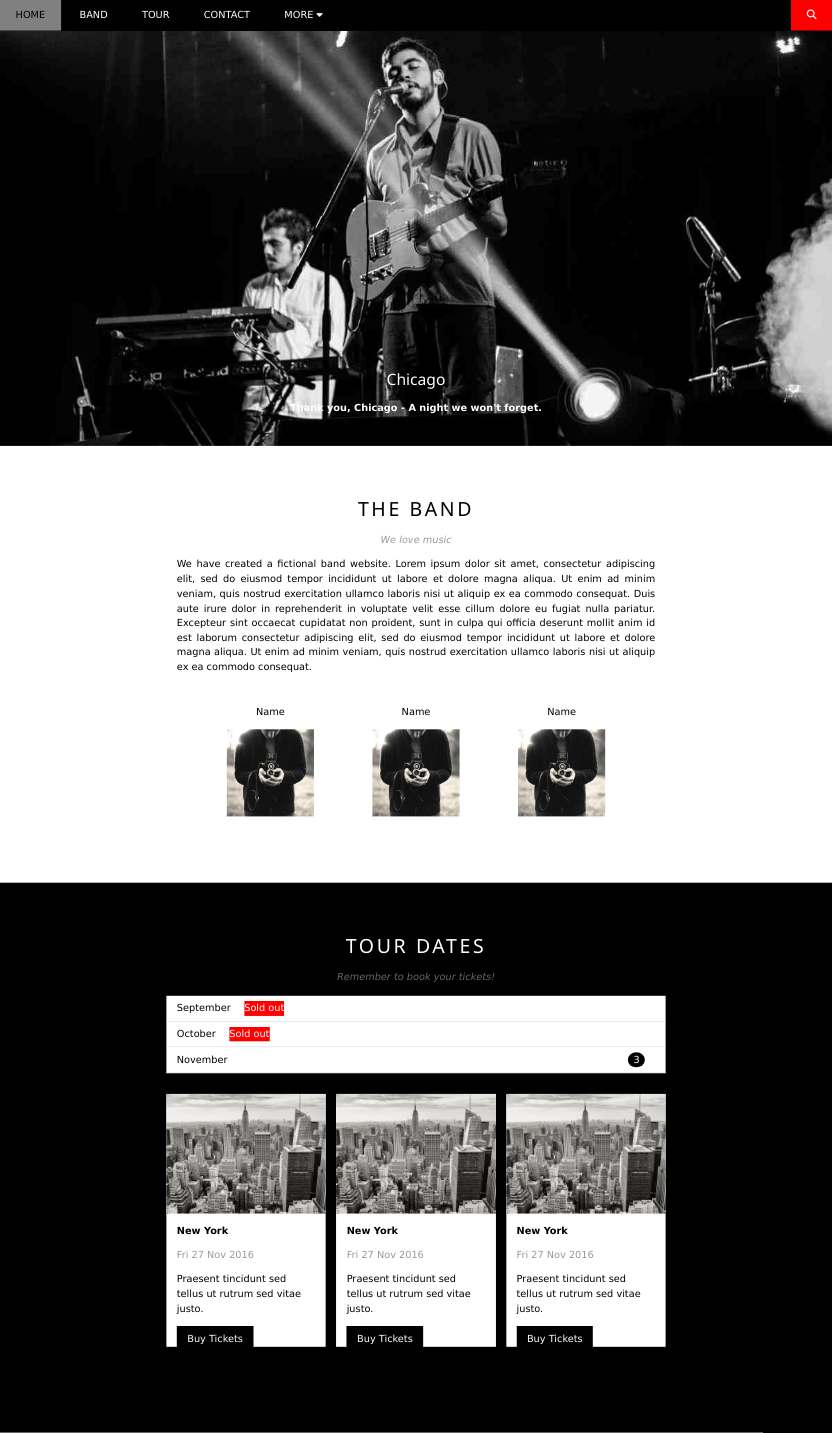
Repository: ngotranphuongbao/theband
Page: index.html
The author's editor kept a copy of each file at every save. The page is drawn from the files as they stood at one save, then again after the next save.
The browser window is 1280 px wide. The pictures show the whole page, at 65% of full size.
Some web libraries are served in a nearby version.

Above is the page before, as saved 2022-12-22 06:49:27.

After the next save:
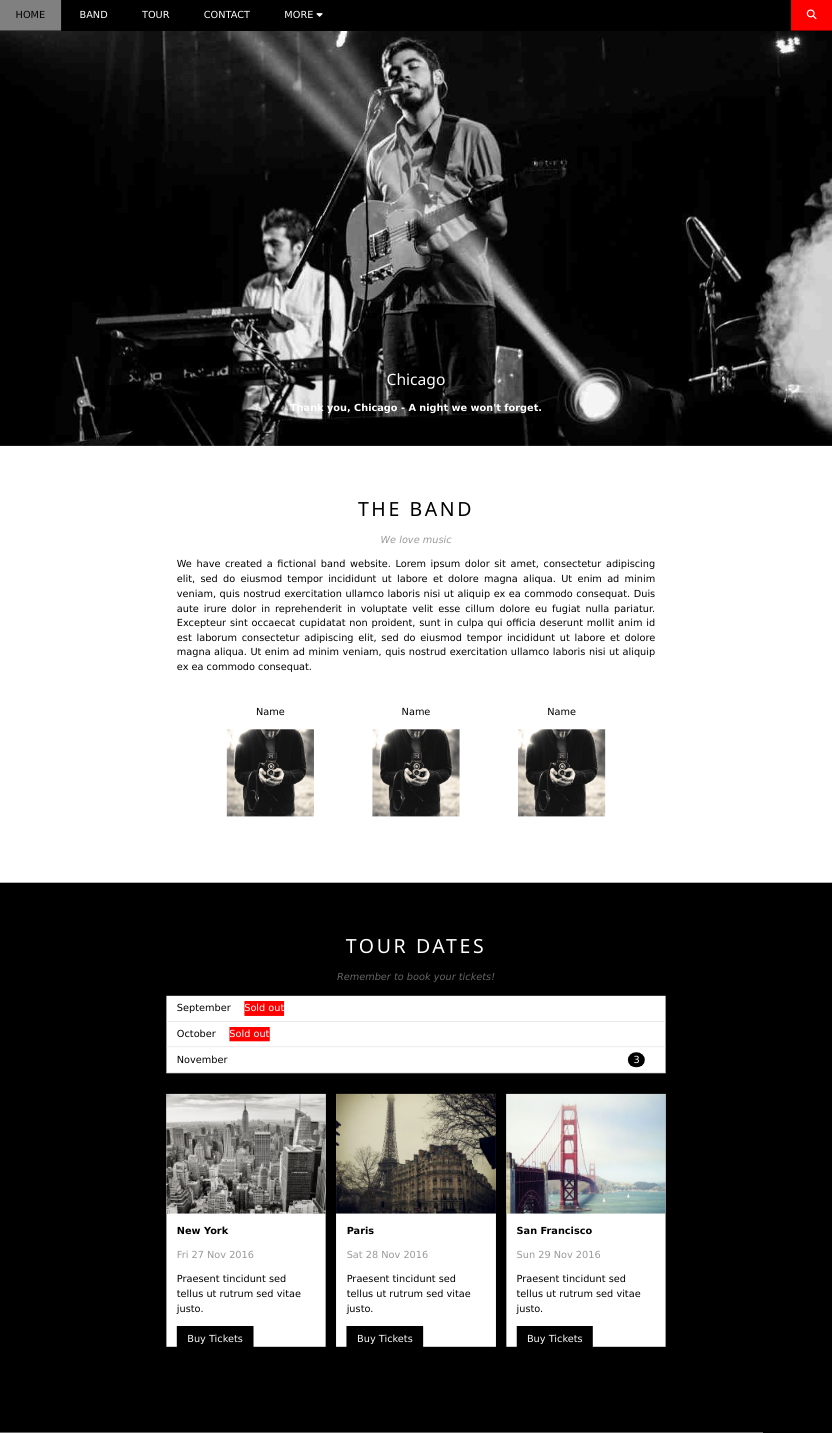
Saved 2 min 22 s later.
--- a/index.html
+++ b/index.html
@@ -99,23 +99,23 @@
                             </div>
                         </div>
                         <div class="location-infor">
-                            <img src="/assets/image/location/newyork.jpg" alt="" class="location-photo">
+                            <img src="/assets/image/location/paris.jpg" alt="" class="location-photo">
                             <div class="location-detail">
                                 <p class="city">
-                                    <b>New York</b>
+                                    <b>Paris</b>
                                 </p>
-                                <p class="event-date">Fri 27 Nov 2016</p>
+                                <p class="event-date">Sat 28 Nov 2016</p>
                                 <p class="event-describe">Praesent tincidunt sed tellus ut rutrum sed vitae justo.</p>
                                 <div class="buy-ticket">Buy Tickets</div>
                             </div>
                         </div>
                         <div class="location-infor">
-                            <img src="/assets/image/location/newyork.jpg" alt="" class="location-photo">
+                            <img src="/assets/image/location/sanfran.jpg" alt="" class="location-photo">
                             <div class="location-detail">
                                 <p class="city">
-                                    <b>New York</b>
+                                    <b>San Francisco</b>
                                 </p>
-                                <p class="event-date">Fri 27 Nov 2016</p>
+                                <p class="event-date">Sun 29 Nov 2016</p>
                                 <p class="event-describe">Praesent tincidunt sed tellus ut rutrum sed vitae justo.</p>
                                 <div class="buy-ticket">Buy Tickets</div>
                             </div>
